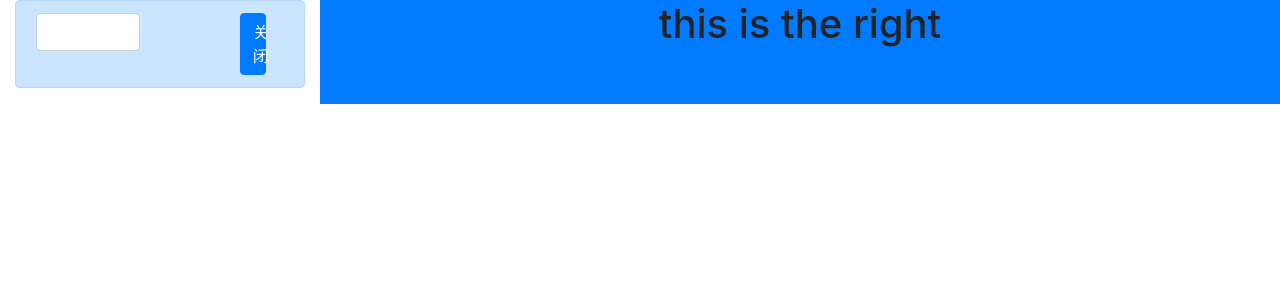
Repository: weijie-he/clould-doc
Page: /, after clicking the first element matching `button.btn`
An editor plug-in stored every save of this project. The page is shown before and after a run of saves, followed by the edit.
The browser window is 1280 px wide. The pictures show the whole page.
The project was rebuilt for these pictures with package versions that can differ from the ones it lists, and the page was loaded fresh each time.

Above is the page before, as saved 2020-09-01 22:05:19.

After the next 2 saves:
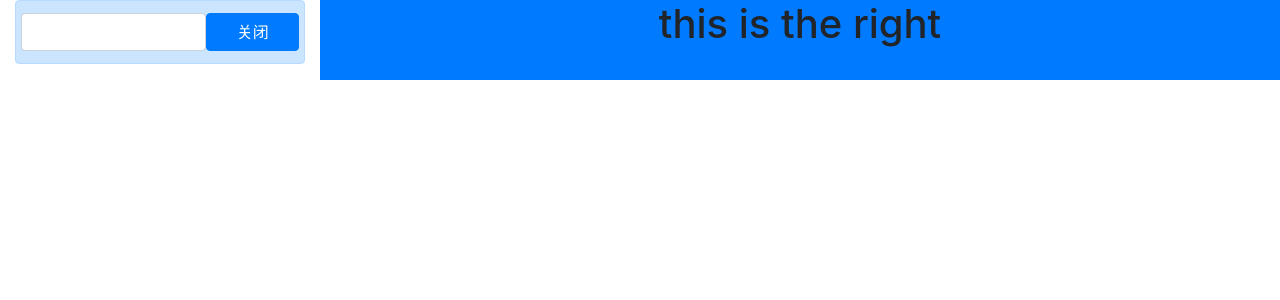
The 2 saves are shown as one change because 1 did not build or start.
The last was saved 22 s later.
--- a/src/components/FileSearch.js
+++ b/src/components/FileSearch.js
@@ -17,34 +17,18 @@ const FileSearch = ({title , onFileSearch}) => {
                 </div>
             }
             { inputActive &&
-                // <div className="row">
-                //     <input
-                //         className="form-control col-8"
-                //         value={value}
-                //         onChange={(e)=> setValue(e.target.value)}
-                //     />
-                //     <Button
-                //         className="col-4"
-                //         onClick={()=>setInputActive(false)}>
-                //         关闭
-                //     </Button>
-                // </div>
-                <Row>
-                    <Col sm={8}>
-                       <input
+                <div className="row">
+                    <input
                         className="form-control col-8"
                         value={value}
                         onChange={(e)=> setValue(e.target.value)}
-                        />
-                    </Col>
-                    <Col sm={4}>
-                         <Button
-                            className="col-4"
-                            onClick={()=>setInputActive(false)}>
-                            关闭
-                        </Button>
-                    </Col>
-                </Row>
+                    />
+                    <Button
+                        className="col-4"
+                        onClick={()=>setInputActive(false)}>
+                        关闭
+                    </Button>
+                </div>
             }
         </Alert>
     )
